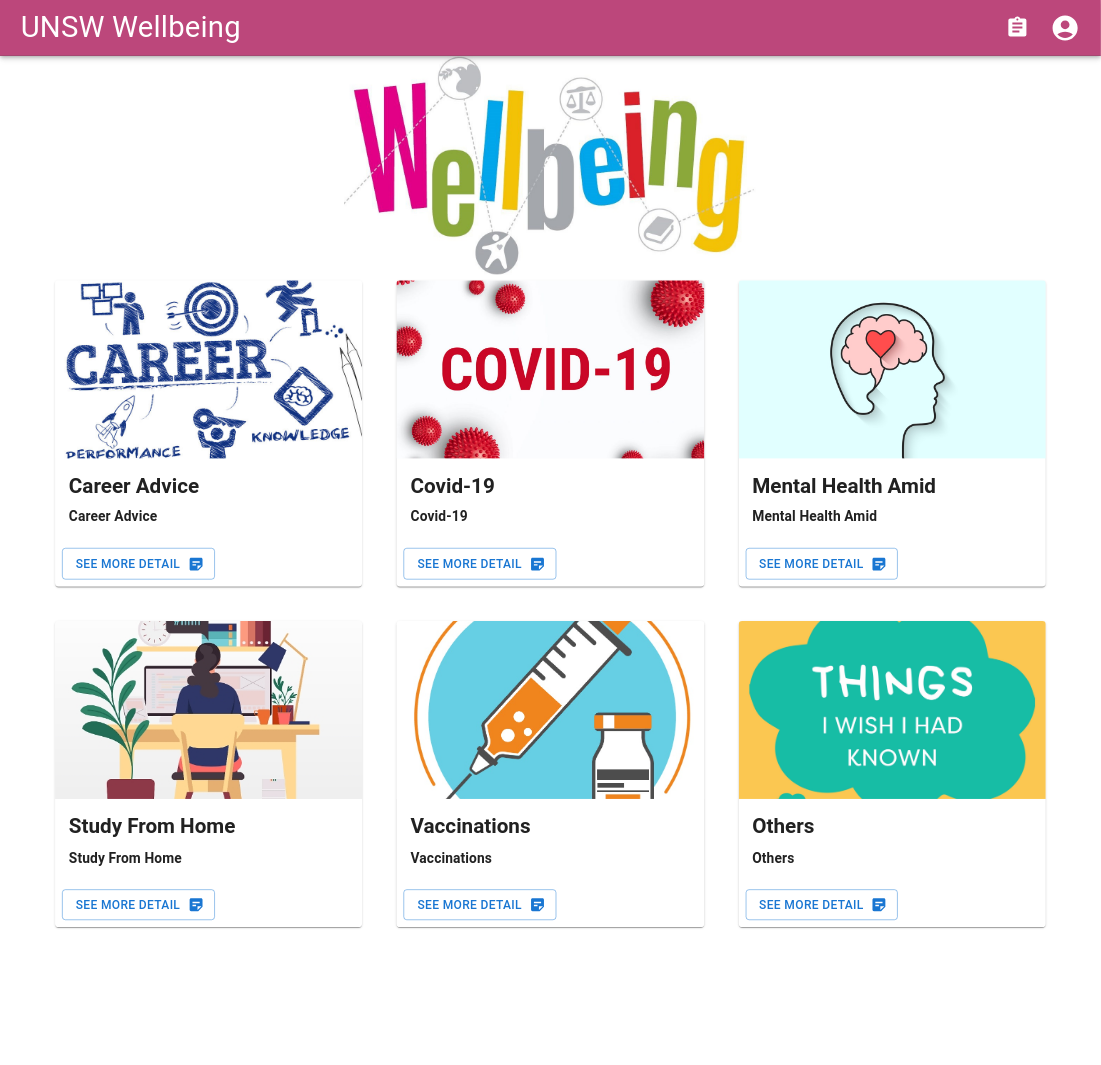
Repository: lplsz/Visionaries
Page: /student_main (app in frontend/)
These files come from the project's save history. The page is drawn as it stood at one moment and after the next save; the edit follows.
The browser window is 1280 px wide. The pictures show the whole page, at 86% of full size.
The project was rebuilt for these pictures with package versions that can differ from the ones it lists, and the page was loaded fresh each time. Also part of the build but not shown: frontend/src/Main.jsx, frontend/src/component/HomeCard.jsx, frontend/src/page/StudentLogin.jsx, frontend/src/page/ExpertLogin.jsx, frontend/src/page/StudentRegister.jsx, frontend/src/page/ExpertRegister.jsx.

Above is the page before, as saved 2022-06-29 01:26:02.

After the next save:
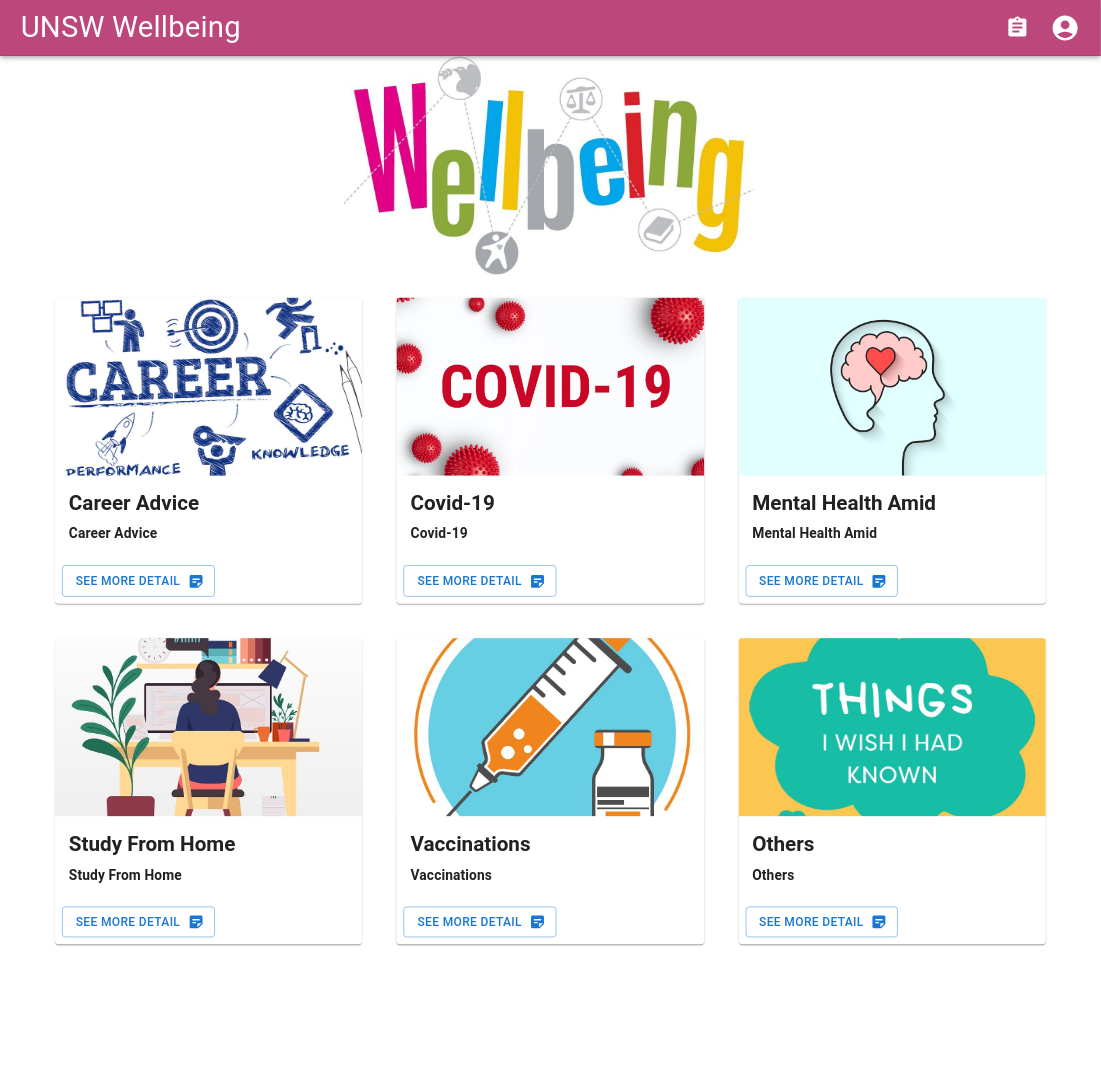
Saved 21 s later.
--- a/frontend/src/page/StudentMain.jsx
+++ b/frontend/src/page/StudentMain.jsx
@@ -90,7 +90,7 @@
                     src={WellBeing}
                     alt={"recipe_image"} />
             </Container>
-            <Container maxWidth="lg" component="main"  sx={{margingTop: '20px'}}>
+            <Container maxWidth="lg" component="main"  sx={{paddingTop: '20px'}}>
                 {/* <Grid container spacing={5} alignItems="flex-end">
                 <ContributorHomeButton url={setIcon} content={"Menage Your Recipes"} navigate={navigate} router={'/add_recipe'}/>
                 <ContributorHomeButton url={addIcon} content={"Creat New Recipe"} navigate={navigate} router={'/add_recipe'}/>
